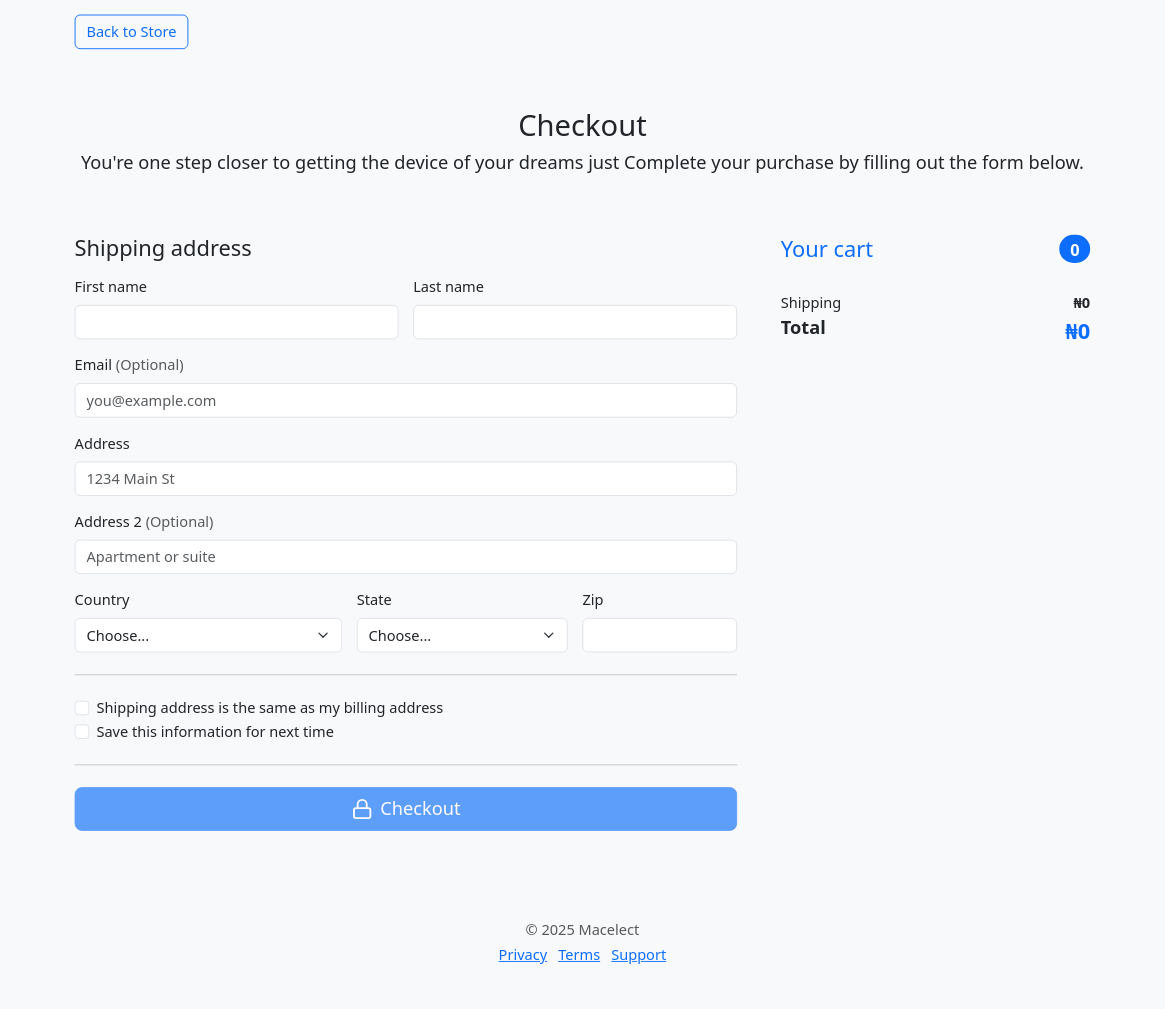
Repository: Davidobi21/macelect
Page: frontend/pages/checkout.html
An editor plug-in stored every save of this project. The page is shown before and after the next save, followed by the edit.
The browser window is 1280 px wide. The pictures show the whole page, at 91% of full size.

Above is the page before, as saved 2025-04-30 07:12:40.

### frontend/pages/checkout.html
<!DOCTYPE html>
<html lang="en">
<head>
  <meta charset="UTF-8">
  <meta name="viewport" content="width=device-width, initial-scale=1.0">
  <title>Checkout</title>
  <script src="https://cdn.jsdelivr.net/npm/lucide@latest/dist/umd/lucide.min.js"></script>
  <link href="https://cdn.jsdelivr.net/npm/bootstrap@5.3.0-alpha1/dist/css/bootstrap.min.css" rel="stylesheet">
</head>
<body class="bg-light">
  <div class="container">
    <!-- Back Button -->
    <div class="py-3">
      <a href="../pages/products.html" class="btn btn-outline-primary">
        <i class="bi bi-arrow-left"></i> Back to Store
      </a>
    </div>

    <main>
      <div class="py-5 text-center">
        <h2>Checkout</h2>
        <p class="lead">You're one step closer to getting the device of your dreams just Complete your purchase by filling out the form below.</p>
      </div>

      <div class="row g-5">
        <!-- Cart Summary -->
        <div class="col-md-5 col-lg-4 order-md-last">
          <h4 class="d-flex justify-content-between align-items-center mb-3">
            <span class="text-primary">Your cart</span>
            <span class="badge bg-primary rounded-pill cart-count">0</span>
          </h4>
          <ul class="list-group mb-3" id="cart-summary">
            <!-- Cart items will be dynamically populated here -->
          </ul>
          <li class="list-group-item d-flex justify-content-between">
            <span>Shipping</span>
            <strong id="shipping-cost">₦0</strong>
          </li>
          <li class="list-group-item d-flex justify-content-between">
            <span class="fs-5 fw-bold">Total</span>
            <strong id="cart-total" class="fs-4 fw-bold text-primary">₦0</strong>
          </li>
        </div>

        <!-- Billing Form -->
        <div class="col-md-7 col-lg-8">
          <h4 class="mb-3">Shipping address</h4>
          <form>
            <div class="row g-3">
              <div class="col-sm-6">
                <label for="firstName" class="form-label">First name</label>
                <input type="text" class="form-control" id="firstName" placeholder="" value="" required>
              </div>

              <div class="col-sm-6">
                <label for="lastName" class="form-label">Last name</label>
                <input type="text" class="form-control" id="lastName" placeholder="" value="" required>
              </div>

              <div class="col-12">
                <label for="email" class="form-label">Email <span class="text-muted">(Optional)</span></label>
                <input type="email" class="form-control" id="email" placeholder="you@example.com">
              </div>

              <div class="col-12">
                <label for="address" class="form-label">Address</label>
                <input type="text" class="form-control" id="address" placeholder="1234 Main St" required>
              </div>

              <div class="col-12">
                <label for="address2" class="form-label">Address 2 <span class="text-muted">(Optional)</span></label>
                <input type="text" class="form-control" id="address2" placeholder="Apartment or suite">
              </div>

              <div class="col-md-5">
                <label for="country" class="form-label">Country</label>
                <select class="form-select" id="country" required>
                  <option value="">Choose...</option>
                  <option value="Nigeria">Nigeria</option>
                  <option value="United States">United States</option>
                </select>
              </div>

              <div class="col-md-4">
                <label for="state" class="form-label">State</label>
                <select class="form-select" id="state" required>
                  <option value="">Choose...</option>
                  <option value="Lagos">Lagos</option>
                  <option value="California">California</option>
                </select>
              </div>

              <div class="col-md-3">
                <label for="zip" class="form-label">Zip</label>
                <input type="text" class="form-control" id="zip" placeholder="" required>
              </div>
            </div>

            <hr class="my-4">

            <div class="form-check">
              <input type="checkbox" class="form-check-input" id="same-address">
              <label class="form-check-label" for="same-address">Shipping address is the same as my billing address</label>
            </div>

            <div class="form-check">
              <input type="checkbox" class="form-check-input" id="save-info">
              <label class="form-check-label" for="save-info">Save this information for next time</label>
            </div>

            <hr class="my-4">

            <button id="checkoutButton" class="w-100 btn btn-primary btn-lg d-flex align-items-center justify-content-center gap-2" type="submit" disabled>
              <i id="padlockIcon" data-lucide="lock"></i> Checkout
            </button>
          </form>
        </div>
      </div>
    </main>

    <footer class="my-5 pt-5 text-muted text-center text-small">
      <p class="mb-1">© 2025 Macelect</p>
      <ul class="list-inline">
        <li class="list-inline-item"><a href="../pages/fqa.html">Privacy</a></li>
        <li class="list-inline-item"><a href="../pages/fqa.html">Terms</a></li>
        <li class="list-inline-item"><a href="../pages/fqa.html">Support</a></li>
      </ul>
    </footer>
  </div>
  <script src="https://cdn.jsdelivr.net/npm/bootstrap@5.3.0-alpha1/dist/js/bootstrap.bundle.min.js"></script>
  <script>
    document.addEventListener("DOMContentLoaded", () => {
      const cartSummary = document.getElementById("cart-summary");
      const cartTotal = document.getElementById("cart-total");
      const shippingCostElement = document.getElementById("shipping-cost");
      const cartCount = document.querySelector(".cart-count");
      const countrySelect = document.getElementById("country");
      const stateSelect = document.getElementById("state");
      const checkoutButton = document.getElementById("checkoutButton");
      const padlockIcon = document.getElementById("padlockIcon");
      const formInputs = document.querySelectorAll("#firstName, #lastName, #email, #address, #country, #state, #zip");

      const cart = JSON.parse(localStorage.getItem("cart")) || [];
      let total = 0;

      function calculateShippingCost(country, state) {
        if (country === "Nigeria") {
          if (state === "Lagos") return 500; // Example shipping cost for Lagos
          return 1000; // Example shipping cost for other states in Nigeria
        } else if (country === "United States") {
          return 5000; // Example shipping cost for the US
        }
        return 0; // Default shipping cost
      }

      function updateCartSummary() {
        cartSummary.innerHTML = ""; // Clear existing content
        total = 0;

        cart.forEach(item => {
          const itemTotal = item.price * item.quantity;
          total += itemTotal;

          const listItem = document.createElement("li");
          listItem.className = "list-group-item d-flex justify-content-between lh-sm";
          listItem.innerHTML = `
            <div>
              <h6 class="my-0">${item.name}</h6>
              <small class="text-muted">Quantity: ${item.quantity}</small>
            </div>
            <span class="text-muted">₦${itemTotal.toLocaleString()}</span>
          `;
          cartSummary.appendChild(listItem);
        });

        const country = countrySelect.value;
        const state = stateSelect.value;
        const shippingCost = calculateShippingCost(country, state);

        shippingCostElement.textContent = `₦${shippingCost.toLocaleString()}`;
        cartTotal.textContent = `₦${(total + shippingCost).toLocaleString()}`;
        cartCount.textContent = cart.reduce((count, item) => count + item.quantity, 0);

        validateCheckoutButton(); // Check if the button should be enabled
      }

      function validateCheckoutButton() {
        const isFormValid = Array.from(formInputs).every(input => input.value.trim() !== "");
        const isCartNotEmpty = cart.length > 0;

        if (isFormValid && isCartNotEmpty) {
          checkoutButton.disabled = false;
          padlockIcon.setAttribute("data-lucide", "unlock");
        } else {
          checkoutButton.disabled = true;
          padlockIcon.setAttribute("data-lucide", "lock");
        }
        lucide.createIcons(); // Refresh Lucide icons
      }

      formInputs.forEach(input => {
        input.addEventListener("input", validateCheckoutButton);
      });

      countrySelect.addEventListener("change", updateCartSummary);
      stateSelect.addEventListener("change", updateCartSummary);

      updateCartSummary(); // Initial update
    });
  </script>
</body>
</html>

After the next save:
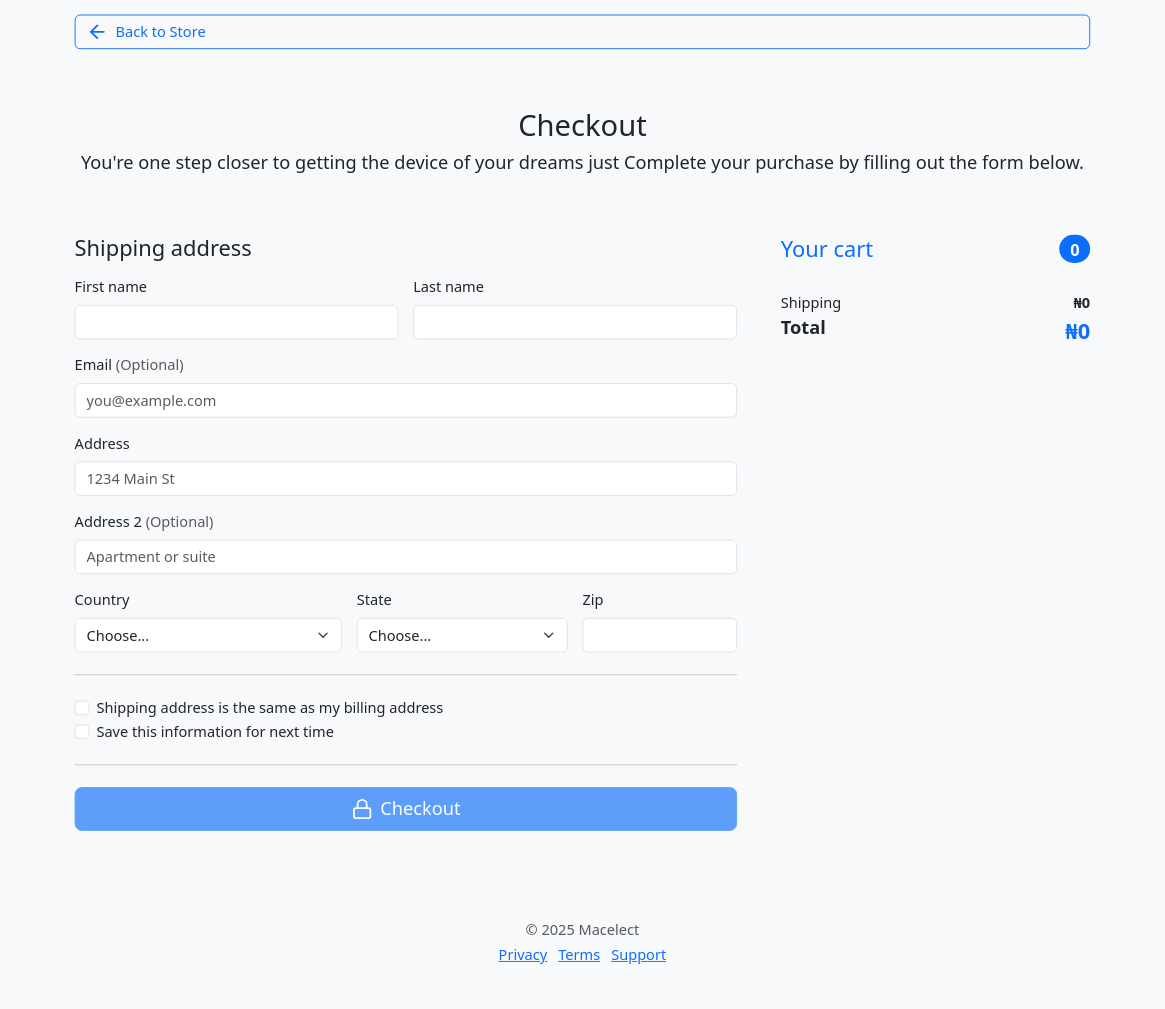
Saved 96 s later.
--- a/frontend/pages/checkout.html
+++ b/frontend/pages/checkout.html
@@ -11,8 +11,8 @@
   <div class="container">
     <!-- Back Button -->
     <div class="py-3">
-      <a href="../pages/products.html" class="btn btn-outline-primary">
-        <i class="bi bi-arrow-left"></i> Back to Store
+      <a href="../pages/products.html" class="btn btn-outline-primary d-flex align-items-center gap-2">
+        <i data-lucide="arrow-left"></i> Back to Store
       </a>
     </div>
 
@@ -130,6 +130,8 @@
   <script src="https://cdn.jsdelivr.net/npm/bootstrap@5.3.0-alpha1/dist/js/bootstrap.bundle.min.js"></script>
   <script>
     document.addEventListener("DOMContentLoaded", () => {
+      lucide.createIcons(); // Initialize Lucide icons
+
       const cartSummary = document.getElementById("cart-summary");
       const cartTotal = document.getElementById("cart-total");
       const shippingCostElement = document.getElementById("shipping-cost");
